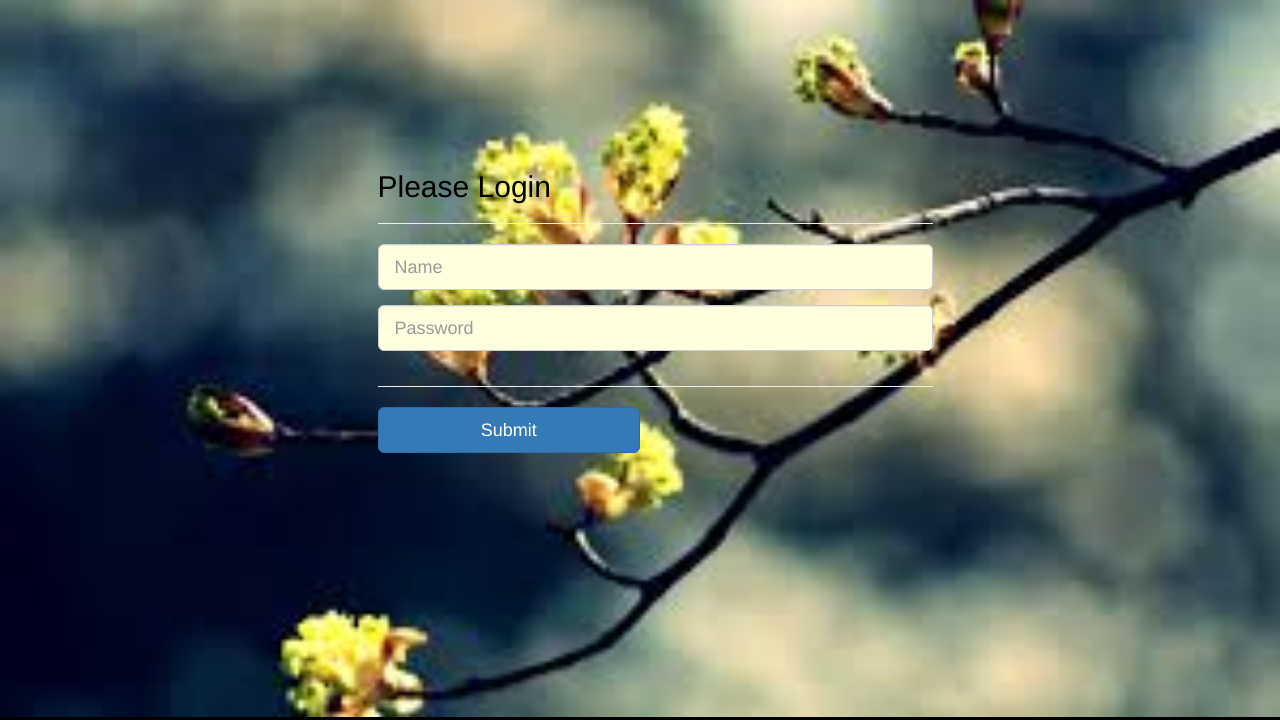
Repository: 123poornima/UpdatedSecondProject
Page: frontendPro/WebContent/_user/login.html
The author's editor kept a copy of each file at every save. The page is drawn from the files as they stood at one save, then again after the next save.
The browser window is 1280 px wide. The pictures show the whole page.

Above is the page before, as saved 2017-01-10 05:49:10.

### frontendPro/WebContent/_user/login.html
<!DOCTYPE html>
<html>
<head>
<meta charset="ISO-8859-1">
<link rel="stylesheet" href="http://maxcdn.bootstrapcdn.com/bootstrap/3.3.7/css/bootstrap.min.css">

<!-- jQuery library -->
<script src="https://ajax.googleapis.com/ajax/libs/jquery/1.12.4/jquery.min.js"></script>

<!-- Latest compiled JavaScript -->
<script src="http://maxcdn.bootstrapcdn.com/bootstrap/3.3.7/js/bootstrap.min.js"></script>
<title>Insert title here</title>
<style>
body{
background-image: url(resources/images/secpro4.jpg);
background-size:     cover;
    background-repeat:   no-repeat;
    background-color:black;
 }
</style>
</head>
<body>
<div class="container" style="align:center; margin: 150px 0px 0px 70px">
   <div class="row">
    <div class="col-xs-12 col-sm-8 col-md-6 col-sm-offset-4 col-md-offset-3">


          <h2 style="color:#000000">Please Login</h2>
	     <hr class="colorgraph">
        <div class="row">
				<div class="col-sm-12 ">
					<div class="form-group">
						<input style="background-color:#FFFFE0" type="text" ng-model="user.username" placeholder="Name" name="username" class="form-control input-lg"  />
					</div>
		       </div>
		 </div>

		 <div class="row">
				<div class="col-xs-12">
					<div class="form-group">
						<input style="background-color:#FFFFE0" type="password"  name="password" ng-model="user.password" placeholder="Password" class="form-control input-lg"  tabindex="2" />
					</div>
			 </div>
		</div>
			<hr class="colorgraph">
 			<div class="row">
				<div class="col-xs-12 col-md-6"><input type="submit" ng-click="submit()" class="btn btn-primary btn-block btn-lg" tabindex="7"></div>

			</div>

			</div>
	  </div>
	</div>
</body>
</html>

After the next save:
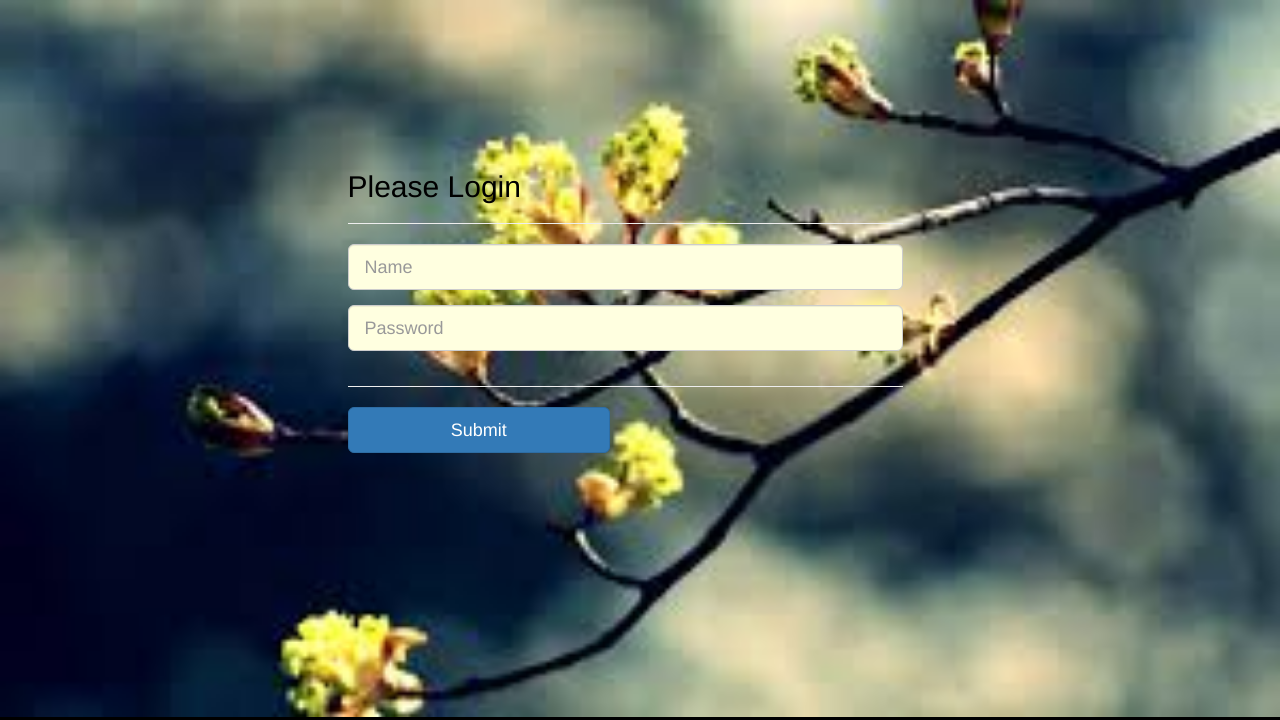
Saved 19 s later.
--- a/frontendPro/WebContent/_user/login.html
+++ b/frontendPro/WebContent/_user/login.html
@@ -20,7 +20,7 @@ background-size:     cover;
 </style>
 </head>
 <body>
-<div class="container" style="align:center; margin: 150px 0px 0px 70px">
+<div class="container" style="align:center; margin: 150px 0px 0px 40px">
    <div class="row">
     <div class="col-xs-12 col-sm-8 col-md-6 col-sm-offset-4 col-md-offset-3">
 
